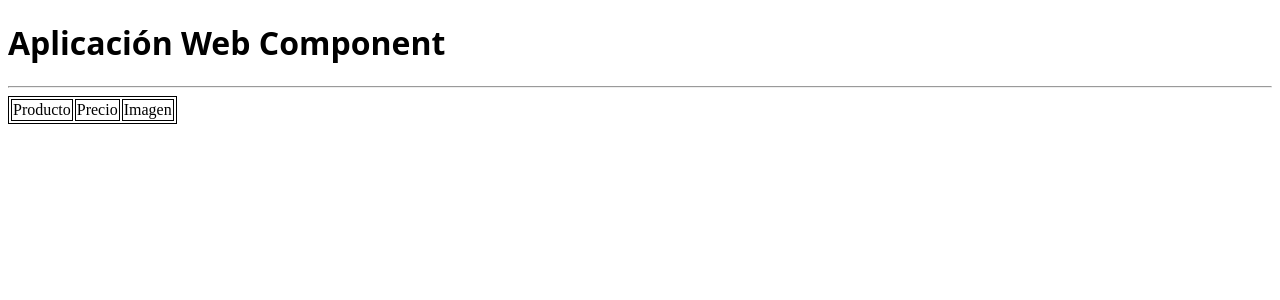
Repository: maxTech2019/Lab-react-C12024
Page: /
The author's editor kept a copy of each file at every save. The page is drawn from the files as they stood at one save, then again after a run of saves.
The browser window is 1280 px wide. The pictures show the whole page.
The page's requests for data from a server got no answer. The project was rebuilt for these pictures with package versions that can differ from the ones it lists, and the page was loaded fresh each time. No one was signed in, and anything a server would have sent is missing. Also part of the build but not shown: vite.config.js, src/custom_hooks/useContador.js, src/component/ContadoruseEffect.jsx.

Above is the page before, as saved 2024-06-06 10:56:55.

### src/main.jsx
import React from 'react'
import ReactDOM from 'react-dom/client'
import App from './App';


const root = ReactDOM.createRoot(document.getElementById('root'));
root.render(
  <React.StrictMode>
    <App />
  </React.StrictMode>,
)

### src/App.jsx
import { Productos } from "./component/Productos";
import {ContadoruseEffect} from "./component/ContadoruseEffect";

const App = () => {
  return (
    <>
      <h1>Aplicación Web Component</h1>
      <hr />
      {/* <Contador /> */}
      <Productos/>
      {/* <ContadoruseEffect /> */}
    </>
  );
}

export default App

### src/component/Productos.jsx
import { useEffect, useState } from "react";
import '../css/productos.css';

export const Productos = () => {
    const [productos, setProductos] = useState([]);

    useEffect(()=>{
        fetch('https://fakestoreapi.com/products')
            .then(response => response.json())
            .then(data => setProductos(data));
    },[]);

    return(
        <div>
            <table>
                <tr><td>Producto</td><td>Precio</td><td>Imagen</td></tr>
                {
                    productos.map(({id, title, price, image}) => (
                        <tr key={id}>
                            <td>{title}</td>
                            <td>{price}</td>
                            <td>
                                <img src={image} alt={`Imagen ${id}`} />
                            </td>
                        </tr>
                    ))
                }
            </table>
            {/* <ul>
                {
                    productos.map(({id, title})=>(
                        <li key={id}>{title}</li>
                    ))
                }
            </ul> */}
        </div>
    );
}

### src/css/productos.css

img {
    width: 65px;
    height: 65px;
}

table, tr, td{
    border: 1px, solid, black;
}

### src/css/estilos_contuseEffect.css
 button.miBoton {
    width: 50px;
    height: 50px;
    margin-left: 5px;
 }
 h1{
    font-family: system-ui;
    font-size: 2em;
 }

Loaded but not shown: index.html (common file)

After the next 2 saves:
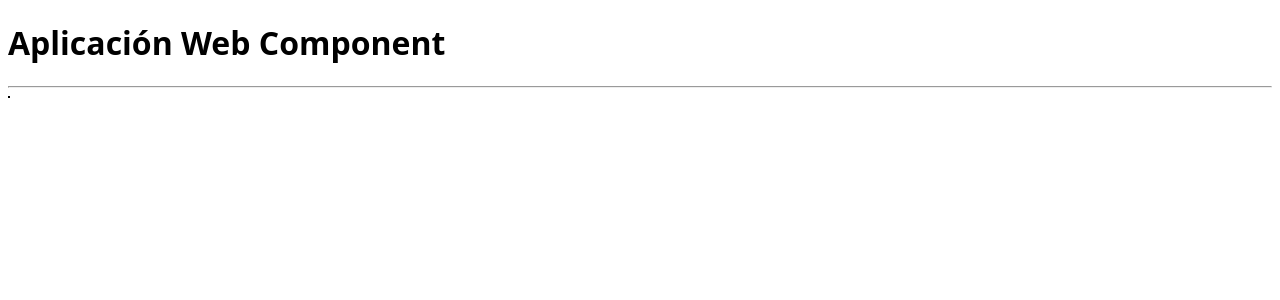
The 2 saves are shown as one change because they came seconds apart.
The last was saved 78 s later.
--- a/src/component/Productos.jsx
+++ b/src/component/Productos.jsx
@@ -13,7 +13,7 @@ export const Productos = () => {
     return(
         <div>
             <table>
-                <tr><td>Producto</td><td>Precio</td><td>Imagen</td></tr>
+               <thead></thead>
                 {
                     productos.map(({id, title, price, image}) => (
                         <tr key={id}>
